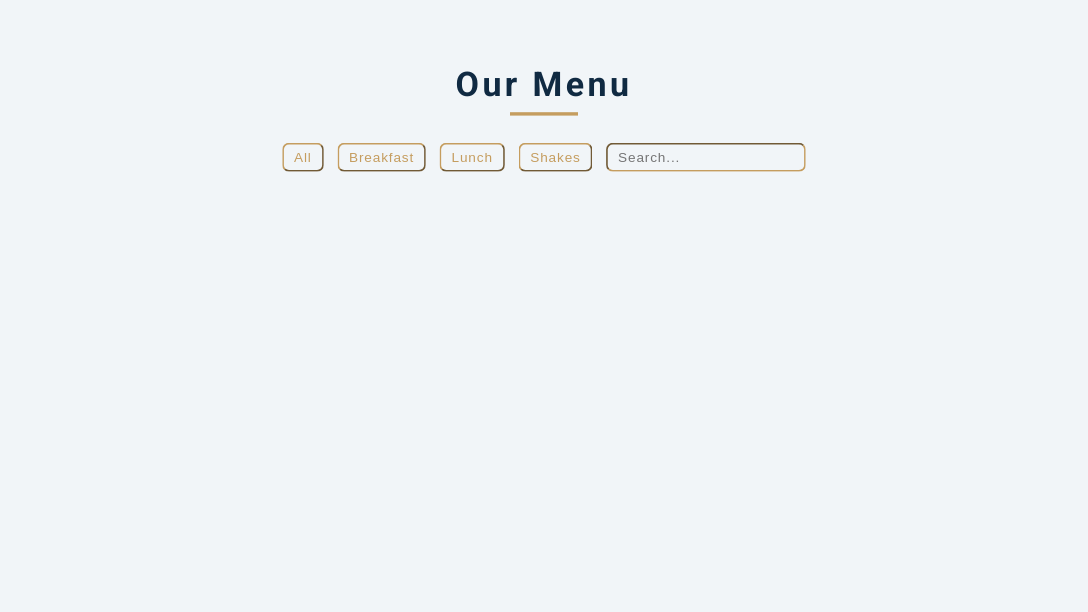
Repository: AnahitKhechumyan/MENUFILTER
Page: index.html
The author's editor kept a copy of each file at every save. The page is drawn from the files as they stood at one save, then again after the next save.
The browser window is 1280 px wide. The pictures show the whole page, at 85% of full size.
Some web libraries are served in a nearby version.

Above is the page before, as saved 2022-02-18 00:50:20.
Console error: SyntaxError: Unexpected strict mode reserved word

### index.html
<!DOCTYPE html>
<html lang="en">
  <head>
    <meta charset="UTF-8" />
    <meta name="viewport" content="width=device-width, initial-scale=1.0" />
    <title>Starter</title>
    <link
      rel="stylesheet"
      href="https://cdnjs.cloudflare.com/ajax/libs/font-awesome/5.14.0/css/all.min.css"
    />
    <link rel="stylesheet" href="styles.css" />
  </head>
  <body>
    <section class="menu">
      <div class="title">
        <h2>our menu</h2>
        <div class="underline"></div>
      </div>
      <div class="btn-container">
         <button type="button" class="filter-btn" data-id="all">all</button>
          <button type="button" class="filter-btn" data-id="breakfast">
            breakfast
          </button>
          <button type="button" class="filter-btn" data-id="lunch">lunch</button>
          <button type="button" class="filter-btn" data-id="shakes">
            shakes
          </button>
          <input type="search"  placeholder= "Search..."/>
      </div>
      <div class="section-center">

      </div>
    </section>

    <script type="module" src="./app.js"></script>
  </body>
</html>

### styles.css
/*
===============
Fonts
===============
*/
@import url("https://fonts.googleapis.com/css?family=Open+Sans|Roboto:400,700&display=swap");

/*
===============
Variables
===============
*/

:root {
  /* dark shades of primary color*/
  --clr-primary-1: hsl(205, 86%, 17%);
  --clr-primary-2: hsl(205, 77%, 27%);
  --clr-primary-3: hsl(205, 72%, 37%);
  --clr-primary-4: hsl(205, 63%, 48%);
  /* primary/main color */
  --clr-primary-5: #49a6e9;
  /* lighter shades of primary color */
  --clr-primary-6: hsl(205, 89%, 70%);
  --clr-primary-7: hsl(205, 90%, 76%);
  --clr-primary-8: hsl(205, 86%, 81%);
  --clr-primary-9: hsl(205, 90%, 88%);
  --clr-primary-10: hsl(205, 100%, 96%);
  /* darkest grey - used for headings */
  --clr-grey-1: hsl(209, 61%, 16%);
  --clr-grey-2: hsl(211, 39%, 23%);
  --clr-grey-3: hsl(209, 34%, 30%);
  --clr-grey-4: hsl(209, 28%, 39%);
  /* grey used for paragraphs */
  --clr-grey-5: hsl(210, 22%, 49%);
  --clr-grey-6: hsl(209, 23%, 60%);
  --clr-grey-7: hsl(211, 27%, 70%);
  --clr-grey-8: hsl(210, 31%, 80%);
  --clr-grey-9: hsl(212, 33%, 89%);
  --clr-grey-10: hsl(210, 36%, 96%);
  --clr-white: #fff;
  --clr-red-dark: hsl(360, 67%, 44%);
  --clr-red-light: hsl(360, 71%, 66%);
  --clr-green-dark: hsl(125, 67%, 44%);
  --clr-green-light: hsl(125, 71%, 66%);
  --clr-gold: #c59d5f;
  --clr-black: #222;
  --ff-primary: "Roboto", sans-serif;
  --ff-secondary: "Open Sans", sans-serif;
  --transition: all 0.3s linear;
  --spacing: 0.25rem;
  --radius: 0.5rem;
  --light-shadow: 0 5px 15px rgba(0, 0, 0, 0.1);
  --dark-shadow: 0 5px 15px rgba(0, 0, 0, 0.2);
  --max-width: 1170px;
  --fixed-width: 620px;
}
/*
===============
Global Styles
===============
*/

*,
::after,
::before {
  margin: 0;
  padding: 0;
  box-sizing: border-box;
}
body {
  font-family: var(--ff-secondary);
  background: var(--clr-grey-10);
  color: var(--clr-grey-1);
  line-height: 1.5;
  font-size: 0.875rem;
}
ul {
  list-style-type: none;
}
a {
  text-decoration: none;
}
img:not(.logo) {
  width: 100%;
}
img {
  display: block;
}

h1,
h2,
h3,
h4 {
  letter-spacing: var(--spacing);
  text-transform: capitalize;
  line-height: 1.25;
  margin-bottom: 0.75rem;
  font-family: var(--ff-primary);
}
h1 {
  font-size: 3rem;
}
h2 {
  font-size: 2rem;
}
h3 {
  font-size: 1.25rem;
}
h4 {
  font-size: 0.875rem;
}
p {
  margin-bottom: 1.25rem;
  color: var(--clr-grey-5);
}
@media screen and (min-width: 800px) {
  h1 {
    font-size: 4rem;
  }
  h2 {
    font-size: 2.5rem;
  }
  h3 {
    font-size: 1.75rem;
  }
  h4 {
    font-size: 1rem;
  }
  body {
    font-size: 1rem;
  }
  h1,
  h2,
  h3,
  h4 {
    line-height: 1;
  }
}
/*  global classes */

.btn {
  text-transform: uppercase;
  background: transparent;
  color: var(--clr-black);
  padding: 0.375rem 0.75rem;
  letter-spacing: var(--spacing);
  display: inline-block;
  transition: var(--transition);
  font-size: 0.875rem;
  border: 2px solid var(--clr-black);
  cursor: pointer;
  box-shadow: 0 1px 3px rgba(0, 0, 0, 0.2);
  border-radius: var(--radius);
}
.btn:hover {
  color: var(--clr-white);
  background: var(--clr-black);
}
/* section */
.section {
  padding: 5rem 0;
}

main {
  min-height: 100vh;
  display: grid;
  place-items: center;
}
/*
===============
Menu
===============
*/

.menu {
  padding: 5rem 0;
}
.title {
  text-align: center;
  margin-bottom: 2rem;
}
.underline {
  width: 5rem;
  height: 0.25rem;
  background: var(--clr-gold);
  margin-left: auto;
  margin-right: auto;
}
.btn-container {
  margin-bottom: 4rem;
  display: flex;
  justify-content: center;
}
.filter-btn {
  background: transparent;
  border-color: var(--clr-gold);
  font-size: 1rem;
  text-transform: capitalize;
  margin: 0 0.5rem;
  letter-spacing: 1px;
  border-radius: var(--radius);
  padding: 0.375rem 0.75rem;
  color: var(--clr-gold);
  cursor: pointer;
  transition: var(--transition);
}
.filter-btn:hover {
  background: var(--clr-gold);
  color: var(--clr-white);
}
input{
  background: transparent;
  border-color: var(--clr-gold);
  font-size: 1rem;
  margin: 0 0.5rem;
  letter-spacing: 1px;
  border-radius: var(--radius);
  padding: 0.375rem 0.75rem;
  color: var(--clr-gold);
  cursor: pointer;
  transition: var(--transition);
}
.filter-btn:hover {
  background: var(--clr-gold);
  color: var(--clr-white);
}
.section-center {
  width: 90vw;
  margin: 0 auto;
  max-width: 1170px;
  display: grid;
  gap: 3rem 2rem;
  justify-items: center;
}
.menu-item {
  display: grid;
  gap: 1rem 2rem;
  max-width: 25rem;
}
.photo {
  object-fit: cover;
  height: 200px;
  border: 0.25rem solid var(--clr-gold);
  border-radius: var(--radius);
}
.item-info header {
  display: flex;
  justify-content: space-between;
  border-bottom: 0.5px dotted var(--clr-grey-5);
}
.item-info h4 {
  margin-bottom: 0.5rem;
}
.price {
  color: var(--clr-gold);
}
.item-text {
  margin-bottom: 0;
  padding-top: 1rem;
}

@media screen and (min-width: 768px) {
  .menu-item {
    grid-template-columns: 225px 1fr;
    gap: 0 1.25rem;
    max-width: 40rem;
  }
  .photo {
    height: 175px;
  }
}
@media screen and (min-width: 1200px) {
  .section-center {
    width: 95vw;
    grid-template-columns: 1fr 1fr;
  }
  .photo {
    height: 150px;
  }
}

### app.js
import { menu } from "./data.js";
const sectionCenter = document.querySelector(".section-center");

window.addEventListener("DOMContentLoaded", function () {
  displayMenuItems(menu);
});

function displayMenuItems(menuItems) {
  let displayMenu = menuItems.map(function (item) {

    return `<article class="menu-item">
            <img src=${item.img} alt=${item.title} class="photo" />
            <div class="item-info">
              <header>
                <h4>${item.title}</h4>
                <h4 class="price">$${item.price}</h4>
              </header>
              <p class="item-text">
                ${item.desc}
              </p>
            </div>
          </article>`;
  });
  displayMenu = displayMenu.join("");

  sectionCenter.innerHTML = displayMenu;
}

const buttons = document.querySelectorAll(".filter-btn");

buttons.forEach(filterBtn => {
   filterBtn.addEventListener("click", () =>{
     const value = filterBtn.getAttribute("data-id");
     if(value === "all"){
       displayMenuItems(menu);
       return;
     }
     const filterArr = menu.filter(item => item.category ===value);

     let card = filterArr.map(function(item){
       return  `<article class="menu-item">
       <img src=${item.img} alt=${item.title} class="photo" />
       <div class="item-info">
         <header>
           <h4>${item.title}</h4>
           <h4 class="price">$${item.price}</h4>
         </header>
         <p class="item-text">
           ${item.desc}
         </p>
       </div>
     </article>`
    }).join("");

     sectionCenter.innerHTML = card;
   })
});


let = id;
function refresh(){
  if(id !== undefined){
    clearTimeout(id);
  }
  id = setTimeout(()=>{
     A();
  },3000);
}
refresh();

let searchText = "";
let search = document.querySelector("input");
 let A = search.addEventListener("keyup", (e)=>{
  searchText = e.target.value;
  let searchArr = menu.filter(item=>{
    return item.desc.indexOf(searchText) !==-1;
  });
  displayMenuItems(searchArr);
});




/*let = id;
function refresh(){
  if(id !== undefined){
    clearTimeout(id);
  }
  id = setTimeout(()=>{
     render();
  },3000);
}
refresh();*/

/*//<input type="text" placeholder="search">
    //<div id="root"></div>
    let list = [];
    let searchText = "";

    const input = document.querySelector("input");
    input.addEventListener("keyup", (e) => {
        searchText = e.target.value;
        refresh();
    });
    let id;

    function refresh() {
        if (id !== undefined) {
            clearTimeout(id);
        }
        id = setTimeout(() => {
            render();
        }, 1000);
    }
    const root = document.querySelector("#root");
    function render() {
        root.innerHTML = "";
        list.filter((name) => {
                return name.indexOf(searchText) !== -1;
            })
            .map(name => {
                const div = document.createElement("div");
                div.innerHTML = name;
                return div;
            }).forEach(element => {
                root.appendChild(element);
            });
    }
    render();
















Send a message to random





*/

### data.js
export const menu = [
  {
    id: 1,
    title: "buttermilk pancakes",
    category: "breakfast",
    price: 15.99,
    img: "./images/item-1.jpeg",
    desc: `I'm baby woke mlkshk wolf bitters live-edge blue bottle, hammock freegan copper mug whatever cold-pressed `,
  },
  {
    id: 2,
    title: "diner double",
    category: "lunch",
    price: 13.99,
    img: "./images/item-2.jpeg",
    desc: `vaporware iPhone mumblecore selvage raw denim slow-carb leggings gochujang helvetica man braid jianbing. Marfa thundercats `,
  },
  {
    id: 3,
    title: "godzilla milkshake",
    category: "shakes",
    price: 6.99,
    img: "./images/item-3.jpeg",
    desc: `ombucha chillwave fanny pack 3 wolf moon street art photo booth before they sold out organic viral.`,
  },
  {
    id: 4,
    title: "country delight",
    category: "breakfast",
    price: 20.99,
    img: "./images/item-4.jpeg",
    desc: `Shabby chic keffiyeh neutra snackwave pork belly shoreditch. Prism austin mlkshk truffaut, `,
  },
  {
    id: 5,
    title: "egg attack",
    category: "lunch",
    price: 22.99,
    img: "./images/item-5.jpeg",
    desc: `franzen vegan pabst bicycle rights kickstarter pinterest meditation farm-to-table 90's pop-up `,
  },
  {
    id: 6,
    title: "oreo dream",
    category: "shakes",
    price: 18.99,
    img: "./images/item-6.jpeg",
    desc: `Portland chicharrones ethical edison bulb, palo santo craft beer chia heirloom iPhone everyday`,
  },
  {
    id: 7,
    title: "bacon overflow",
    category: "breakfast",
    price: 8.99,
    img: "./images/item-7.jpeg",
    desc: `carry jianbing normcore freegan. Viral single-origin coffee live-edge, pork belly cloud bread iceland put a bird `,
  },
  {
    id: 8,
    title: "american classic",
    category: "lunch",
    price: 12.99,
    img: "./images/item-8.jpeg",
    desc: `on it tumblr kickstarter thundercats migas everyday carry squid palo santo leggings. Food truck truffaut  `,
  },
  {
    id: 9,
    title: "quarantine buddy",
    category: "shakes",
    price: 16.99,
    img: "./images/item-9.jpeg",
    desc: `skateboard fam synth authentic semiotics. Live-edge lyft af, edison bulb yuccie crucifix microdosing.`,
  },
  {
    id: 10,
    title: "bison steak",
    category: "dinner",
    price: 22.99,
    img: "./images/item-10.jpeg",
    desc: `skateboard fam synth authentic semiotics. Live-edge lyft af, edison bulb yuccie crucifix microdosing.`,
  },
];

After the next save:
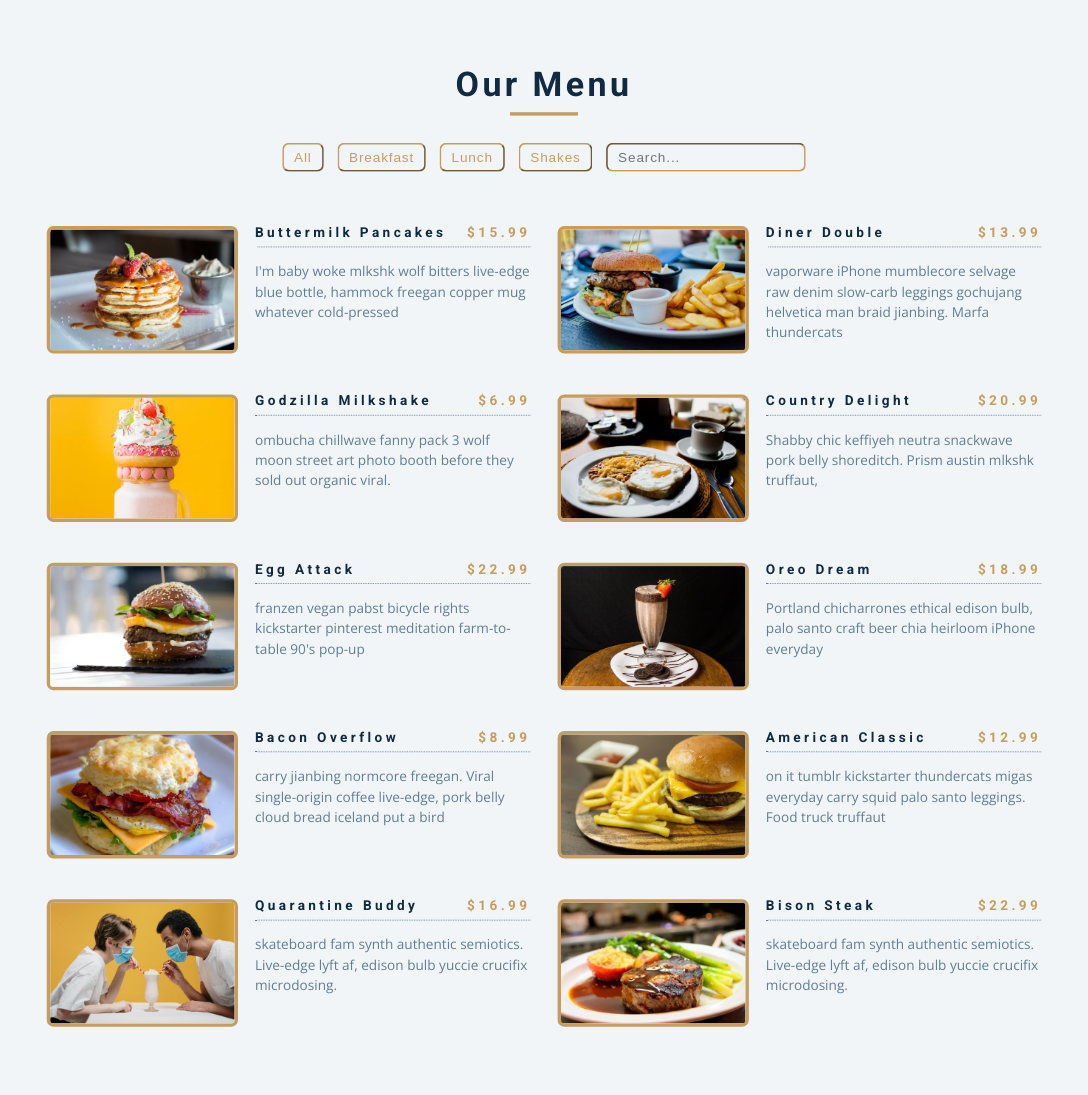
The error is gone.
Saved 8 min 1 s later.
--- a/app.js
+++ b/app.js
@@ -56,19 +56,32 @@ buttons.forEach(filterBtn => {
    })
 });
 
+let searchText = "";
+let search = document.querySelector("input");
+search.addEventListener("keyup",(e)=>{
+searchText = e.target.value;
+refresh()
+});
 
-let = id;
+let id;
 function refresh(){
   if(id !== undefined){
     clearTimeout(id);
   }
-  id = setTimeout(()=>{
-     A();
-  },3000);
+ id= setTimeout(()=>{
+   console.log("running");
+  render()},5000);
 }
-refresh();
 
-let searchText = "";
+function render(){
+  let searchArr = menu.filter(item =>{
+   return item.desc.indexOf(searchText) !== -1;
+  })
+   displayMenuItems(searchArr);
+  }
+  render();
+
+/*let searchText = "";
 let search = document.querySelector("input");
  let A = search.addEventListener("keyup", (e)=>{
   searchText = e.target.value;
@@ -76,11 +89,7 @@ let search = document.querySelector("input");
     return item.desc.indexOf(searchText) !==-1;
   });
   displayMenuItems(searchArr);
-});
-
-
-
-
+});*/
 /*let = id;
 function refresh(){
   if(id !== undefined){
